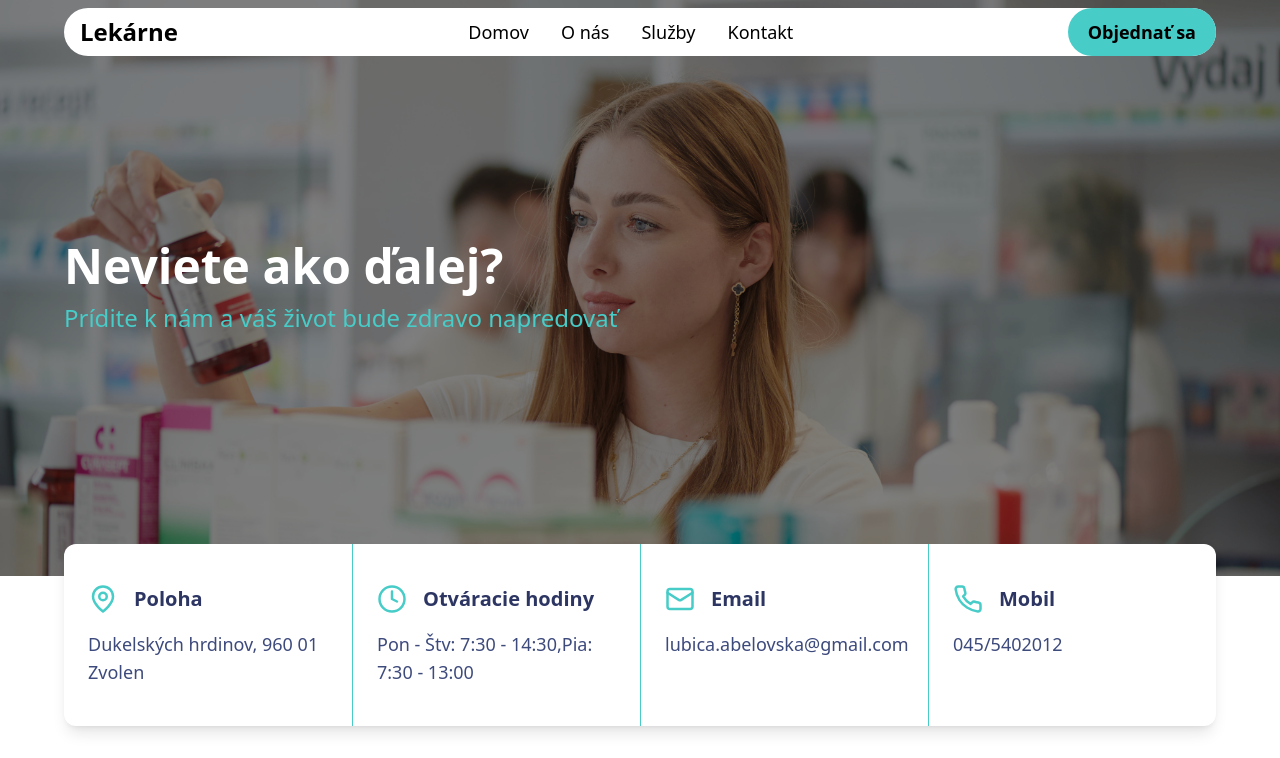
Repository: SimonSkoda13/Lekaren
Page: /
The author's editor kept a copy of each file at every save. The page is drawn from the files as they stood at one save, then again after the next save.
The browser window is 1280 px wide. The pictures show the whole page.
The project was rebuilt for these pictures with package versions that can differ from the ones it lists, and the page was loaded fresh each time. The framework's server and built-in components were replaced by stand-ins that run in the browser. Also part of the build but not shown: next.config.js.

Above is the page before, as saved 2023-04-22 18:50:16.

### src/app/layout.tsx
import { Header } from "./components/Header/Header";
import "./globals.css";
import { Poppins } from "next/font/google";

export const metadata = {
  title: "Create Next App",
  description: "Generated by create next app",
};

export default function RootLayout({
  children,
}: {
  children: React.ReactNode;
}) {
  return (
    <html lang="en">
      <body className="bg-white min-h-[100vh]">
        <Header />
        <main>{children}</main>
        <footer></footer>
      </body>
    </html>
  );
}

### src/app/page.tsx
import Image from "next/image";
import { Inter } from "next/font/google";
import { HomeHero } from "./components/HomeHero/HomeHero";
import { Contact } from "./components/Contact/Contact";
import { Phone, MapPin, Clock4, Mail } from "lucide-react";

const inter = Inter({ subsets: ["latin"] });

// page with

export default function Home() {
  return (
    <>
      <HomeHero
        title={"Neviete ako ďalej?"}
        image={"/homeBanner.jpg"}
        description={"Prídite k nám a váš život bude zdravo napredovať"}
      />
      <Contact
        items={[
          {
            title: "Poloha",
            link: "https://goo.gl/maps/L5p9gij7kJ6iXfnA9",
            description: "Dukelských hrdinov, 960 01 Zvolen",
            icon: <MapPin size={30} className="stroke-primary" />,
          },
          {
            title: "Otváracie hodiny",
            link: "https://goo.gl/maps/L5p9gij7kJ6iXfnA9",
            description: "Pon - Štv:  7:30 - 14:30,Pia: 7:30 - 13:00",
            icon: <Clock4 size={30} className="stroke-primary" />,
          },
          {
            title: "Email",
            link: "mailto:lubica.abelovska@gmail.com",
            description: "lubica.abelovska@gmail.com",
            icon: <Mail size={30} className="stroke-primary" />,
          },
          {
            title: "Mobil",
            description: "045/5402012",
            link: "tel:045/5402012",
            icon: <Phone size={30} className="stroke-primary" />,
          },
        ]}
      />
    </>
  );
}

### src/app/components/Header/Header.tsx
import Link from "next/link";
import React from "react";

export interface HeaderProps {}

export const Header = (props: HeaderProps) => {
  const {} = props;
  return (
    <header className="cntn fixed w-full top-2 z-10">
      <div className="flex bg-white rounded-full">
        <h1 className="py-2 px-4 text-2xl font-bold">Lekárne</h1>
        <div className="py-2 px-4 flex gap-8 items-center mx-auto text-lg font-medium">
          <Link href="/">Domov</Link>
          <Link href="/onas">O nás</Link>
          <Link href="/sluzby">Služby</Link>
          <Link href="/kontakt">Kontakt</Link>
        </div>
        {/* button order self */}
        <div className="flex justify-center items-center px-5 p-0 bg-primary rounded-full text-lg font-bold">
          <Link href="/order">Objednať sa</Link>
        </div>
      </div>
    </header>
  );
};

### src/app/globals.css
@tailwind base;
@tailwind components;
@tailwind utilities;

@layer components {
  .cntn {
    @apply mx-auto px-4  max-w-screen-xl md:px-16;
  }
}

### src/app/components/HomeHero/HomeHero.tsx
import Image from "next/image";
import React from "react";
import { ImageGradient } from "./ImageGradient/ImageGradient";

export interface HomeHeroProps {
  title: string;
  image: string;
  description: string;
}

export const HomeHero = (props: HomeHeroProps) => {
  const { title, image, description } = props;
  return (
    <section className="relative h-[80vh] z-0 px-0">
      <div className="w-full h-full absolute left-0 top-0 ">
        {/* make filter for image to odd brightness from top biggest to bottom lowest */}
        <ImageGradient>
          <Image
            src={image}
            alt="Next.js logo"
            fill
            style={{
              objectFit: "cover",
              objectPosition: "center",
            }}
          />
        </ImageGradient>
      </div>
      <div className="cntn relative gap-3 h-full flex justify-center flex-wrap flex-col z-10">
        <h1 className="text-5xl font-bold text-white">{title}</h1>
        <p className="text-2xl text-primary">{description}</p>
      </div>
    </section>
  );
};

### src/app/components/Contact/Contact.tsx
import { Phone } from "lucide-react";
import { Url } from "next/dist/shared/lib/router/router";
import Image from "next/image";
import Link from "next/link";
import React, { ReactNode } from "react";

export interface ContactProps {
  items?: {
    title: string;
    description: string;
    icon: ReactNode;
    link?: string;
  }[];
}

export const Contact = (props: ContactProps) => {
  const { items } = props;
  return (
    <section className="cntn z-10 relative top-[-2rem]">
      <div className="w-full h-full grid grid-cols-2 md:grid-cols-4 items-start bg-white rounded-xl shadow-lg divide-x divide-primary">
        {items?.map((item) => (
          <Link href={item?.link as Url} className="h-full">
            <div className="flex flex-col items-start gap-4 p-6 py-10">
              <div className="flex w-full flex-row gap-4 items-center">
                {item.icon}
                <h2 className="text-xl font-bold text-secondary">
                  {item.title}
                </h2>
              </div>
              <p className="text-lg font-medium text-secondary-light">
                {item.description}
              </p>
            </div>
          </Link>
        ))}
      </div>
    </section>
  );
};

### src/app/components/HomeHero/ImageGradient/ImageGradient.tsx
import React from "react";

export interface ImageGradientProps {
  children: React.ReactNode;
}

export const ImageGradient = (props: ImageGradientProps) => {
  const { children } = props;
  return (
    <div className="relative w-full h-full brightness-50 overflow-hidden z-10">
      <div className="absolute inset-0 z-10"></div>
      {children}
    </div>
  );
};

### tailwind.config.js
/** @type {import('tailwindcss').Config} */
module.exports = {
  content: [
    "./src/pages/**/*.{js,ts,jsx,tsx,mdx}",
    "./src/components/**/*.{js,ts,jsx,tsx,mdx}",
    "./src/app/**/*.{js,ts,jsx,tsx,mdx}",
  ],
  theme: {
    extend: {
      colors: {
        primary: "#47CCC8",
        secondary: "#2D3663",
        "secondary-light": "#3D4A7C",
      },
    },
  },
  plugins: [],
};

Loaded but not shown: src/app/api/hello/route.ts (common file)

After the next save:
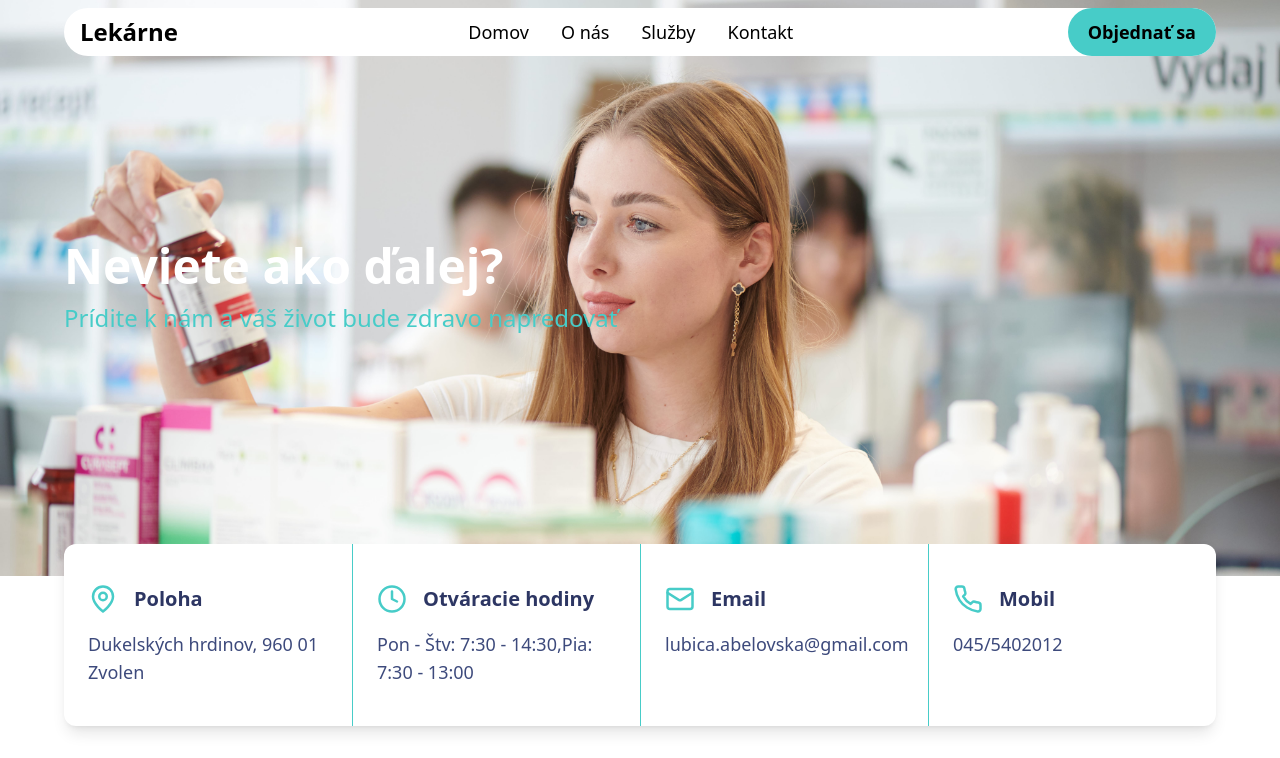
Saved 3 min 17 s later.
--- a/src/app/components/HomeHero/ImageGradient/ImageGradient.tsx
+++ b/src/app/components/HomeHero/ImageGradient/ImageGradient.tsx
@@ -7,7 +7,7 @@ export interface ImageGradientProps {
 export const ImageGradient = (props: ImageGradientProps) => {
   const { children } = props;
   return (
-    <div className="relative w-full h-full brightness-50 overflow-hidden z-10">
+    <div className="relative w-full h-full bg-gradient-to-b from-transparent overflow-hidden z-10">
       <div className="absolute inset-0 z-10"></div>
       {children}
     </div>
